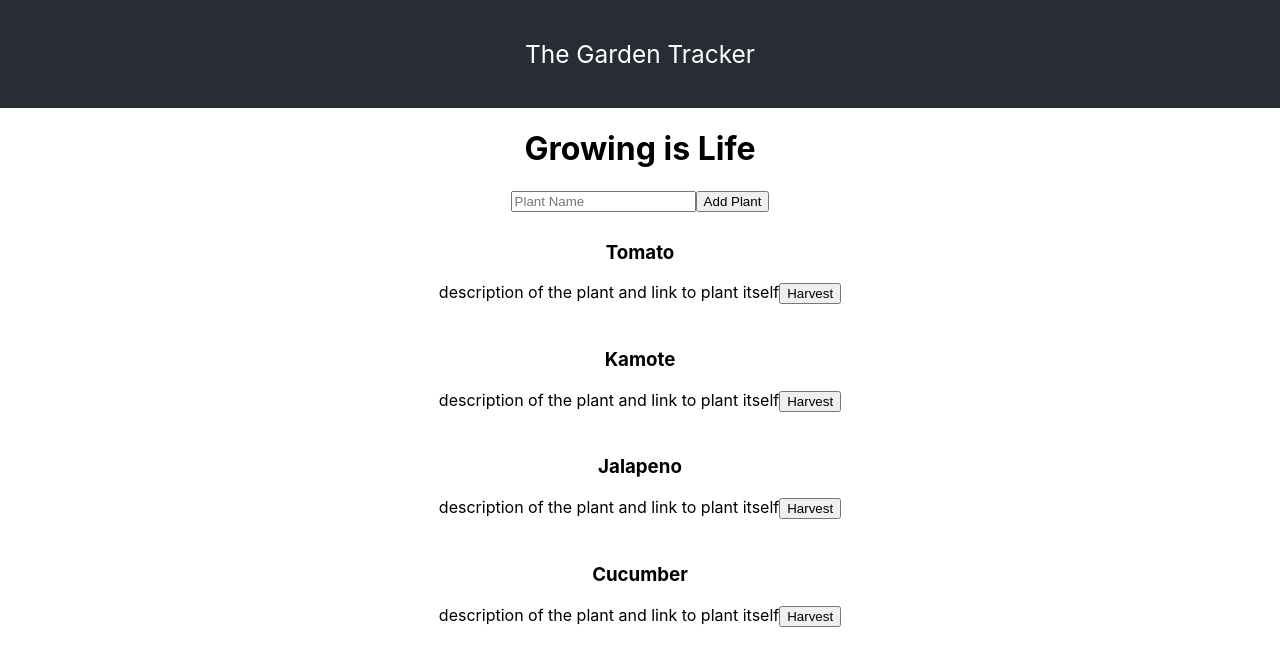
Repository: charliejp0311/gardentracker
Page: /
An editor plug-in stored every save of this project. The page is shown before and after the next save, followed by the edit.
The browser window is 1280 px wide. The pictures show the whole page.
The project was rebuilt for these pictures with package versions that can differ from the ones it lists, and the page was loaded fresh each time. Also part of the build but not shown: src/components/Harvest.js.

Above is the page before, as saved 2020-10-29 13:29:11.

### public/index.html
<!DOCTYPE html>
<html lang="en">
  <head>
    <meta charset="utf-8" />
    <link rel="icon" href="%PUBLIC_URL%/sun-svgrepo-com.svg" />
    <meta name="viewport" content="width=device-width, initial-scale=1" />
    <meta name="theme-color" content="#000000" />
    <meta
      name="description"
      content="Web site created using create-react-app"
    />
    <link rel="apple-touch-icon" href="%PUBLIC_URL%/logo192.png" />
    <!--
      manifest.json provides metadata used when your web app is installed on a
      user's mobile device or desktop. See https://developers.google.com/web/fundamentals/web-app-manifest/
    -->
    <link rel="manifest" href="%PUBLIC_URL%/manifest.json" />
    <!--
      Notice the use of %PUBLIC_URL% in the tags above.
      It will be replaced with the URL of the `public` folder during the build.
      Only files inside the `public` folder can be referenced from the HTML.

      Unlike "/favicon.ico" or "favicon.ico", "%PUBLIC_URL%/favicon.ico" will
      work correctly both with client-side routing and a non-root public URL.
      Learn how to configure a non-root public URL by running `npm run build`.
    -->
    <title>Track Your Garden</title>
  </head>
  <body>
    <noscript>You need to enable JavaScript to run this app.</noscript>
    <div id="root"></div>
    <!--
      This HTML file is a template.
      If you open it directly in the browser, you will see an empty page.

      You can add webfonts, meta tags, or analytics to this file.
      The build step will place the bundled scripts into the <body> tag.

      To begin the development, run `npm start` or `yarn start`.
      To create a production bundle, use `npm run build` or `yarn build`.
    -->
  </body>
</html>

### src/index.js
import React from 'react';
import ReactDOM from 'react-dom';
import './index.css';
import App from './App';
// import reportWebVitals from './reportWebVitals';
import reducer from './reducers/index'
import { Provider } from  'react-redux';
import { applyMiddleware, createStore } from 'redux';
// import thunk from 'redux-thunk';

let store = createStore(reducer, window.__REDUX_DEVTOOLS_EXTENSION__ && window.__REDUX_DEVTOOLS_EXTENSION__())

ReactDOM.render(
  <Provider store={store}>
    <App />
  </Provider>,
  document.getElementById('root')
);

// If you want to start measuring performance in your app, pass a function
// to log results (for example: reportWebVitals(console.log))
// or send to an analytics endpoint. Learn more: https://bit.ly/CRA-vitals
// reportWebVitals();

### src/App.js
import './App.css';
import CreateGarden from './components/CreateGarden'

function App() {
  return (
    <div className="App">
      <header className="App-header">
        The Garden Tracker
      </header>
        {/* replace with a fetch garden or send fetch garden to create garden */}
        <CreateGarden />
    </div>
  );
}

export default App;

### src/reducers/index.js
import { combineReducers } from 'redux';
import garden from './GardenReducer'

export default combineReducers({
    garden
})

### src/App.css
.App {
  text-align: center;
}

.App-logo {
  height: 40vmin;
  pointer-events: none;
}

@media (prefers-reduced-motion: no-preference) {
  .App-logo {
    animation: App-logo-spin infinite 20s linear;
  }
}

.App-header {
  background-color: #282c34;
  min-height: 15vh;
  display: flex;
  flex-direction: column;
  align-items: center;
  justify-content: center;
  font-size: calc(10px + 2vmin);
  color: white;
}

.App-link {
  color: #61dafb;
}

.garden {
  display: grid;
  grid-template-columns: 1fr;
  grid-template-rows: auto;
  grid-gap: 25px;
  padding-top: 10px;
  padding-bottom: 30px;
}

/* .plant {
  height: auto;
  width: auto;
  box-shadow: 10px 10px grey;
  padding: 10px;
  border-radius: 10px;
} */

@keyframes App-logo-spin {
  from {
    transform: rotate(0deg);
  }
  to {
    transform: rotate(360deg);
  }
}

### src/components/CreateGarden.js
import React, {Component} from 'react';
import Garden from './Garden';


class CreateGarden extends Component{

    render(){
        return(
            <div>
                <Garden />
            </div>
        )
    };
};


export default CreateGarden;

### src/reducers/GardenReducer.js
export default function garden (state = {
    plants: [{name: 'Tomato'},{name: 'Kamote'},{name: 'Jalapeno'},{name: 'Cucumber'}],
    harvest: []
},action){
    // console.log(action)
    switch (action.type) {
        case 'ADD_PLANT':
            return {
                ...state,
                plants: state.plants.concat({name: action.plant.name})
            };

        case 'HARVEST_PLANT':
            let p = state.plants.filter(plant=>plant.name===action.plant.name) ;
            let inTheGarden = state.plants.filter(plant=>plant.name!==action.plant.name);
            return{
                plants: inTheGarden,
                harvest: state.harvest.concat(p)
            };

        default:
            return state;
    }
};

### src/components/Garden.js
import React, {Component} from 'react';
import CreatePlant from './CreatePlant';
import PlantList from './plantList';
import Harvest from "./Harvest";
import {connect} from 'react-redux';


class Garden extends Component{

    render(){
        // console.log(this.props)
        return(
            <div className='garden-container' >
                <h1>Growing is Life</h1>
                <CreatePlant />
                <PlantList plants={this.props.garden.plants} />
                {/* <Harvest harvest={this.state.harvest} /> */}
            </div>
        )
    }
}
const mapStateToProps=state=>{
    // console.log(state)
    return{
        garden: state.garden
    }
}


export default connect(mapStateToProps)(Garden);

### src/components/CreatePlant.js
import { Component } from "react";
import { connect } from "react-redux";

class CreatePlant extends Component {
    state = {
        name: '',
    }

    handleChange=e=>{
        this.setState({
            name: e.target.value
        })
    }

    handleSubmit=e=>{
        e.preventDefault();
        let act = this.addPlant(this.state);
        this.props.dispatch(act);
        this.setState({
            name: ''
        })

    }

    addPlant=(plant)=>{
        return({
        type: "ADD_PLANT",
        plant
        })
    };


    render(){
        return(
            <form onSubmit={this.handleSubmit}>
                <input type='text' name='name' placeholder="Plant Name" onChange={this.handleChange} value={this.state.name}/>
                <input type='submit' value='Add Plant'/>
            </form>
        )
    }
}

const mapStateToProps = state => {
    return {
        plants: state.plants,
        harvest: state.harvest
    }
}

// const mapDispatchToProps= dispatch => {
//     return{
//         // addPlant: ()=>dispatch(addPlant()),
//         // harvestPlant: ()=>dispatch(harvestPlant())
//     }
// }


export default connect(mapStateToProps)(CreatePlant);

### src/components/plantList.js
// display plants with button that takes you to the individual plant
// a button to remove the plant from the garden and add to plant archive
import { Component } from "react";
import Plant from './Plant'

class PlantList extends Component{


    render(){
        console.log(this.props)
        const {plants} = this.props
        let showPlants = plants.map(plant=>{
            return(
                <Plant plant={plant} />
            )
        });
        return(
            <div className='garden'>
                {showPlants}
            </div>
        )
    }
}

export default PlantList;

### src/components/Plant.js
import { Component } from "react";
import { connect } from 'react-redux';

class Plant extends Component{

    harvestPlant=(plant)=>{
        return{
            type: 'HARVEST_PLANT',
            plant
        }
    }

    handleHarvest=e=>{
        let p2h = this.harvestPlant(this.props.plant)
        this.props.dispatch(p2h)
    };
    render(){
        // console.log(this.props)
        return(
            <div className='plant'>
                <h3>{this.props.plant.name}</h3>
                description of the plant and link to plant itself
                <button onClick={this.handleHarvest}>Harvest</button>
            </div>
        )
    }
}

export default connect()(Plant);

Loaded but not shown: src/index.css (common file)

After the next save:
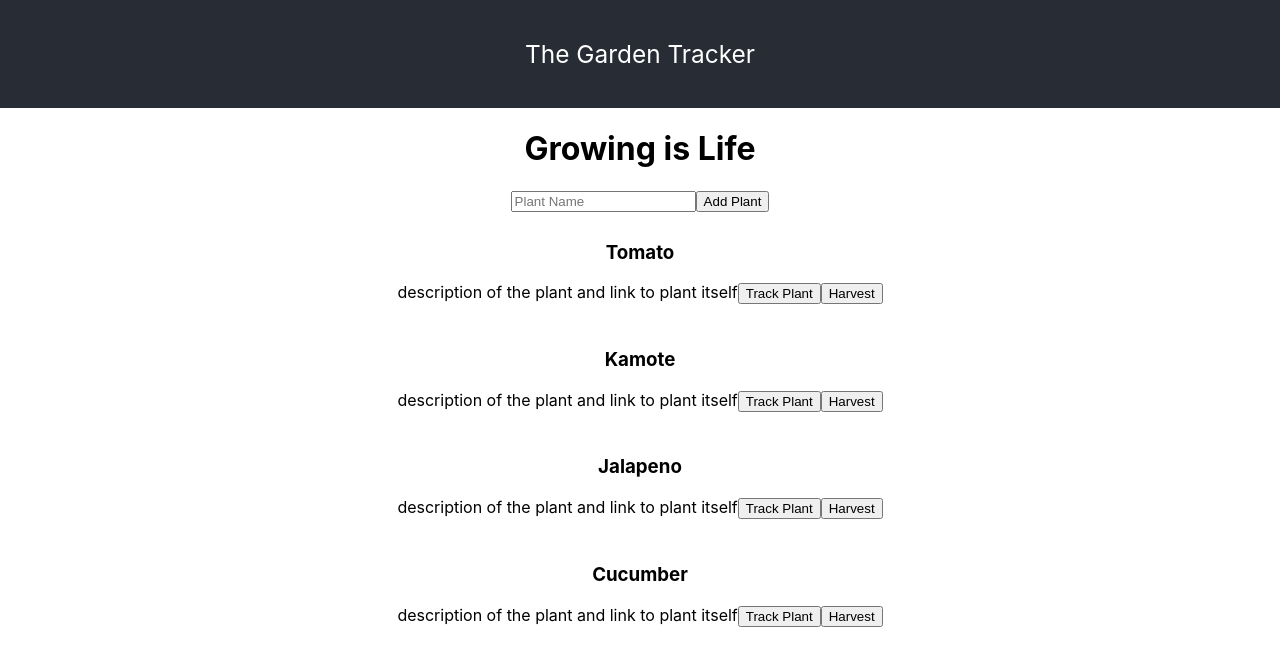
Saved 47 s later.
--- a/src/components/Plant.js
+++ b/src/components/Plant.js
@@ -20,6 +20,7 @@ class Plant extends Component{
             <div className='plant'>
                 <h3>{this.props.plant.name}</h3>
                 description of the plant and link to plant itself
+                <button>Track Plant</button>
                 <button onClick={this.handleHarvest}>Harvest</button>
             </div>
         )
